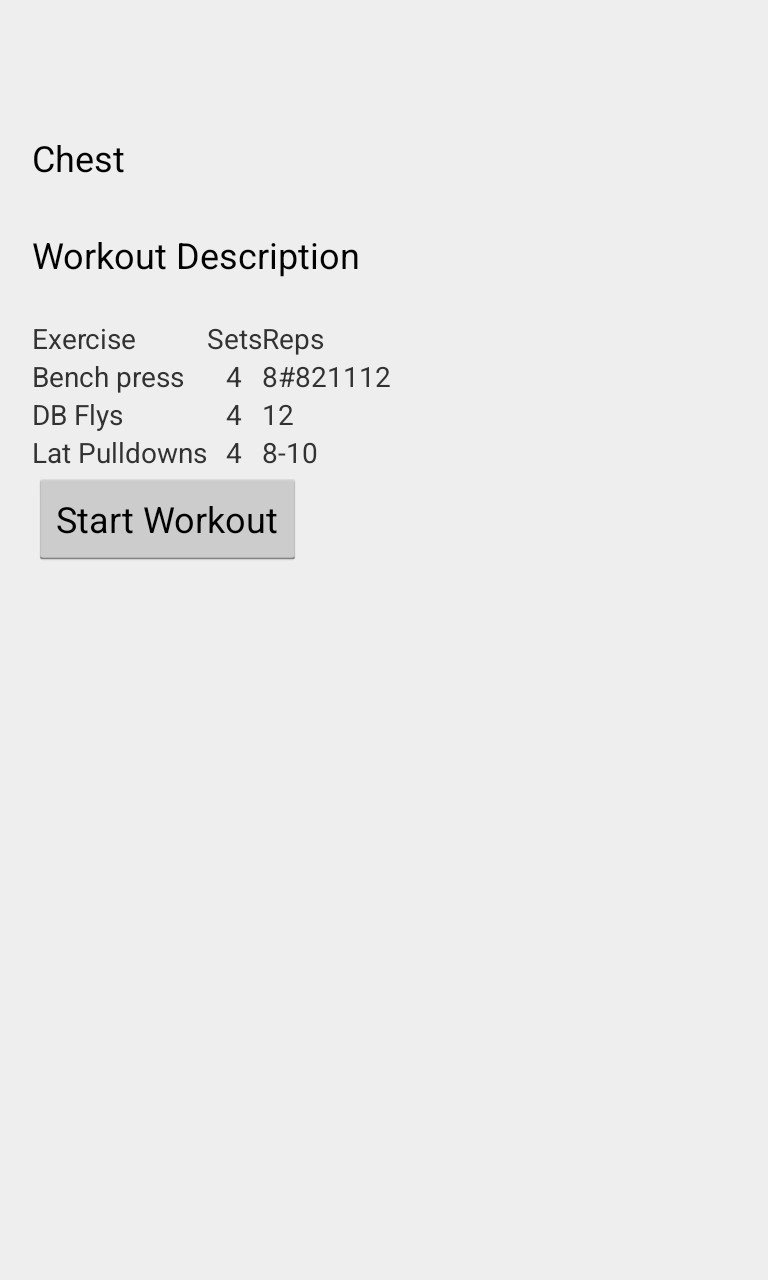
Repository: jmcdon09/EZWorkout
Layout: EzTrain/EzTrain/res/layout/activity_preview_workout.xml
An editor plug-in stored every save of this project. The layout is shown before and after the next save, followed by the edit.
It is drawn on a 768 x 1280 px phone screen (xhdpi) without system bars, with theme AppTheme; the app's code is not run.

Above is the layout before, as saved 2014-03-30 14:10:55.

After the next save:
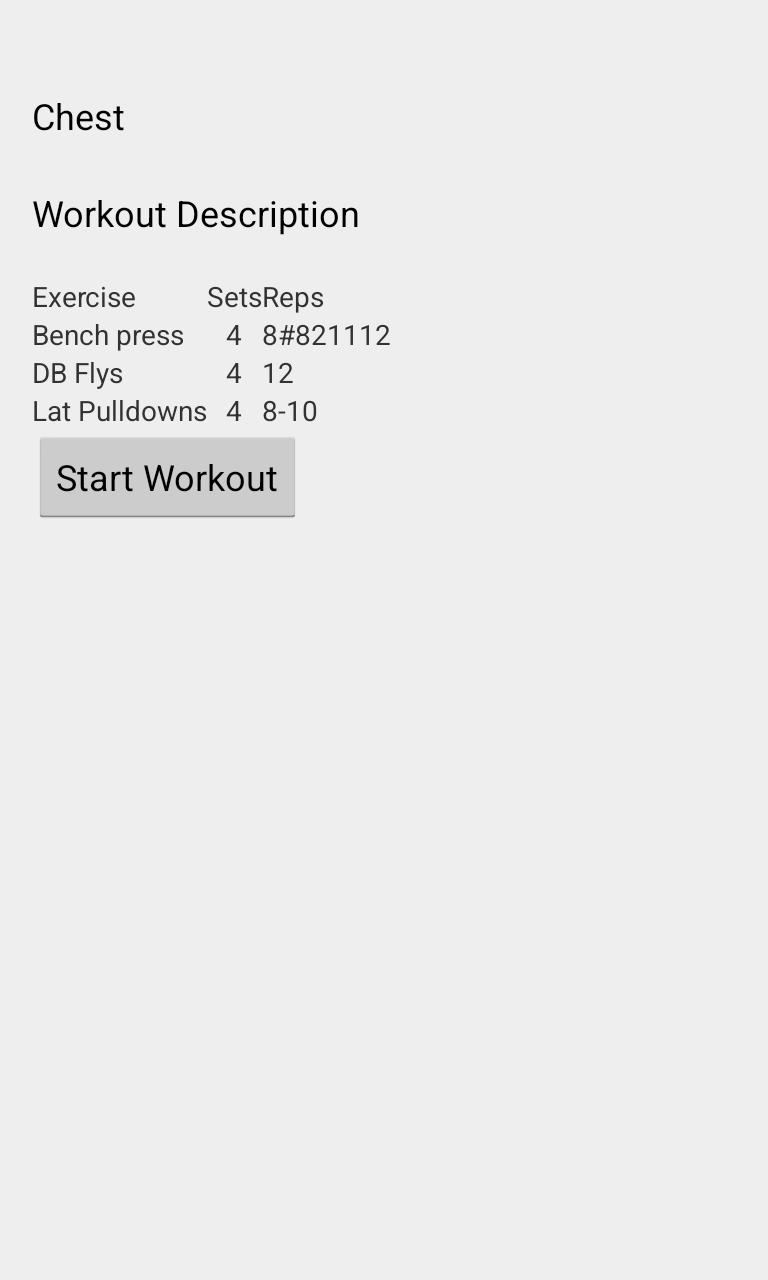
Saved 66 s later.
--- a/EzTrain/EzTrain/res/layout/activity_preview_workout.xml
+++ b/EzTrain/EzTrain/res/layout/activity_preview_workout.xml
@@ -15,13 +15,13 @@
         android:id="@+id/preview_workout_name"
         android:layout_width="wrap_content"
         android:layout_height="wrap_content"
+        android:layout_gravity="center"
         android:textAppearance="?android:attr/textAppearanceLarge" />
 
     <TextView
         android:id="@+id/preview_workout_msucle_group"
         android:layout_width="wrap_content"
         android:layout_height="wrap_content"
-        android:layout_marginTop="21dp"
         android:text="Chest"
         android:textAppearance="?android:attr/textAppearanceMedium" />
 
